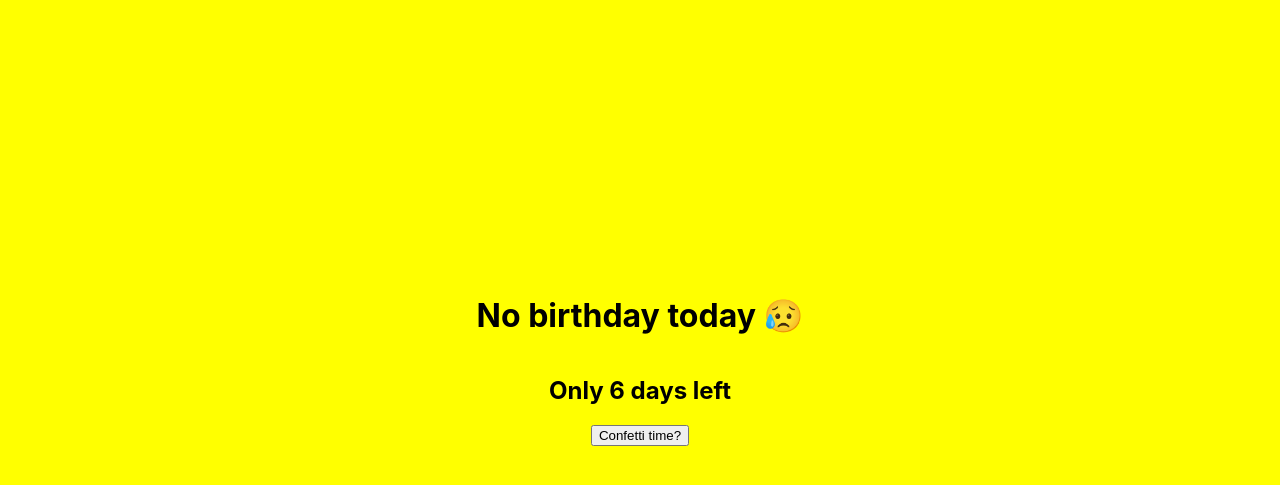
Repository: David-Waite/HannahsBirthdayWebsite
Page: /
An editor plug-in stored every save of this project. The page is shown before and after a run of saves, followed by the edit.
The browser window is 1280 px wide. The pictures show the whole page.
The project was rebuilt for these pictures with package versions that can differ from the ones it lists, and the page was loaded fresh each time.

Above is the page before, as saved 2023-03-30 18:15:27.

### src/index.css
body {
  margin: 0;
  font-family: -apple-system, BlinkMacSystemFont, "Segoe UI", "Roboto", "Oxygen",
    "Ubuntu", "Cantarell", "Fira Sans", "Droid Sans", "Helvetica Neue",
    sans-serif;
  -webkit-font-smoothing: antialiased;
  -moz-osx-font-smoothing: grayscale;
}

.App {
  width: 100vw;
  height: 100vh;
  display: flex;
  flex-direction: column;
  align-items: center;
  justify-content: center;
  background-color: yellow;
}

### src/App.js
import "./App.css";

import Confetti from "react-confetti";

import { useState } from "react";

function App() {
  const [confetti, setConfetti] = useState(null);
  const [buttonText, setButtonText] = useState("Confetti time?");
  function isBirthdayToday() {
    const date = new Date();
    if (date.getMonth() === 3 && date.getDate() === 5) {
      return true;
    }
    return false;
  }

  function rainConfetti() {
    if (isBirthdayToday()) {
      setConfetti(true);
      setButtonText("Confetti time!");
    } else {
      setButtonText("no");
    }
  }

  function getDaysUntilBirthday() {
    const date = new Date();
    const hannahBday = new Date(date.getFullYear(), 3, 5);
    const hannahBdayNextYear = new Date(date.getFullYear() + 1, 3, 5);
    const oneDay = 1000 * 60 * 60 * 24;

    let daysUntilBirthday;
    if (hannahBday < date) {
      daysUntilBirthday =
        Math.ceil(hannahBdayNextYear.getTime() - date.getTime()) / oneDay;
    } else {
      daysUntilBirthday =
        Math.ceil(hannahBday.getTime() - date.getTime()) / oneDay;
    }

    return daysUntilBirthday;
  }

  // 5th april
  let birthdayText;
  if (isBirthdayToday()) {
    birthdayText = <h1>Happy birthday!🥳</h1>;
  } else {
    birthdayText = (
      <>
        <h1>No birthday today 😥</h1>
        <h2>Only {Math.ceil(getDaysUntilBirthday())} days left</h2>
      </>
    );
  }
  console.log(isBirthdayToday());
  const date = new Date();

  return (
    <div className="App">
      {confetti && <Confetti />}

      {birthdayText}
      <button onClick={rainConfetti}>{buttonText}</button>
    </div>
  );
}

export default App;

Loaded but not shown: public/index.html (common file); src/index.js (common file); src/reportWebVitals.js (common file); src/App.css (common file)

After the next 3 saves:
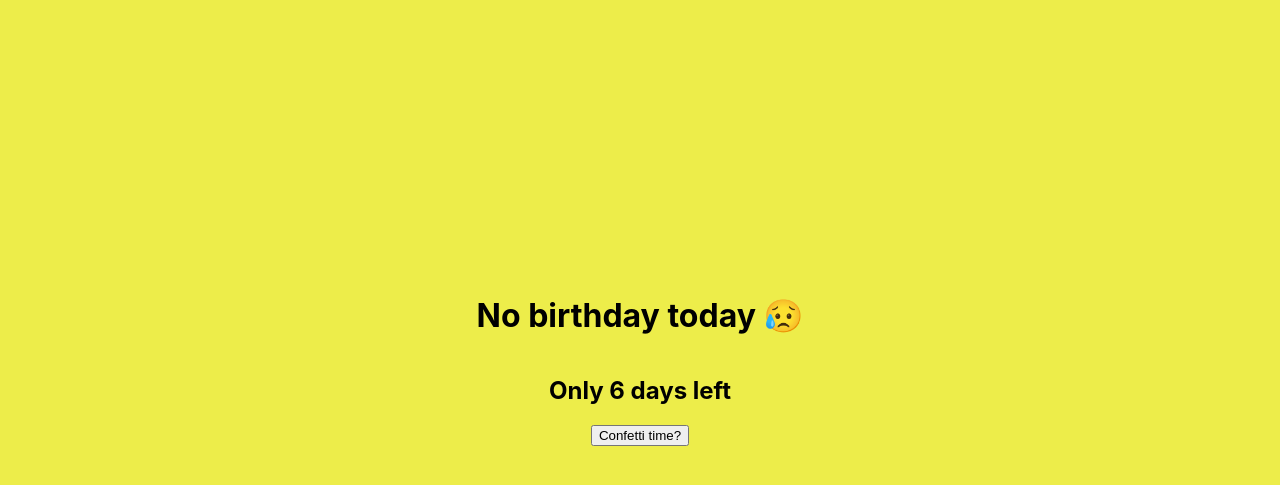
The 3 saves are shown as one change because they came seconds apart.
The last was saved 9 s later.
--- a/src/index.css
+++ b/src/index.css
@@ -14,5 +14,5 @@ body {
   flex-direction: column;
   align-items: center;
   justify-content: center;
-  background-color: yellow;
+  background-color: rgb(237, 237, 74);
 }
